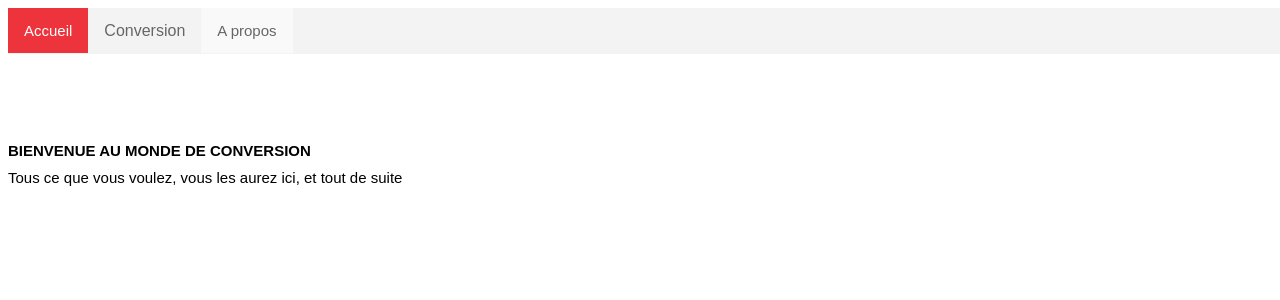
Repository: Santatrasoa/six
Page: Conversion/Conversion/src/main/webapp/index.html
These files come from the project's save history. The page is drawn as it stood at one moment and after the next save; the edit follows.
The browser window is 1280 px wide. The pictures show the whole page.

Above is the page before, as saved 2024-04-10 10:03:18.

### Conversion/Conversion/src/main/webapp/index.html
<!DOCTYPE html>
<html lang="en">

<head>
	<meta charset="UTF-8">
	<meta http-equiv="X-UA-Compatible" content="IE=edge">
	<meta name="viewport" content="width=device-width, initial-scale=1.0">
	<title>Acceuil</title>
	<link rel="stylesheet" href="style.css" type="text/css">
</head>

<body>
	<ul>
		<li><a class="active" href="index.html">Accueil</a></li>
		<li class="notHidden">
			<div class="dropdown">
				<button class="dropbtn">Conversion</button>
				<div class="dropdown-content">
					<a style="text-align: left;" href="temperature.jsp">temperature</a>
					<a style="text-align: left;" href="poid.jsp">Poid</a>
					<a style="text-align: left;" href="longueur.jsp">longueur</a>
				</div>
			</div>
		</li>
		<li><a href="detail.html">A propos</a></li>
	</ul>

	<br><br>

	<div style="margin-top: 100px" class="acceuil">
		<h1 >
			BIENVENUE AU MONDE DE CONVERSION
		</h1>
		<span> Tous ce que vous voulez, vous les aurez ici, et tout de suite </span>
	</div>
</body>

</html>

### Conversion/Conversion/src/main/webapp/style.css
* {
  padding: 0px;
  font-family: Arial, Helvetica, sans-serif;
  font-size: 15px;
}

body{
	flex-direction: column;
}

ul {
  margin: 50px;
  list-style-type: none;
  margin: 0px;
  padding: 0px;
  /* border: 1px solid #f3f3f3; */
  background-color: #f3f3f3;
  position: fixed;
  width: 100%;
}

li {
  float: left;
}

li a {
  display: block;
  color: #666;
  background-color: #f9f9f9;
  text-align: center;
  padding: 14px 16px;
  text-decoration: none;
}

li a:hover:not(.active) {
  background-color: #ddd;
}

li a.active {
  color: white;
  background-color: rgb(237, 51, 59);
}

.dropbtn {
  background-color: transparent;
  padding: 14px 16px;
  color: #666;
  font-size: 16px;
  border: none;
  cursor: pointer;
}

.dropdown {
  position: relative;
  display: inline-block;
}

.dropdown-content {
  display: none;
  position: absolute;
  background-color: #f9f9f9;
  min-width: 160px;
  box-shadow: 0px 8px 16px 0px rgba(0, 0, 0, 0.2);
  z-index: 1;
}

.dropdown-content a {
  color: black;
  padding: 12px 16px;
  text-decoration: none;
  display: block;
}


.dropdown-content a:hover {
  background-color: #f1f1f1
}

.dropdown:hover .dropdown-content {
  display: block;
}

.dropdown:hover .dropbtn {
  background-color: #ddd;
}

input[type=number] {
  width: 30%;
  padding: 12px 20px;
  margin: 8px 0;
  box-sizing: border-box;
  border: 3px solid #ccc;
  -webkit-transition: 0.5s;
  transition: 0.5s;
  outline: none;
}

input[type=submit]{
	float: left;
	width: 10%;
  	padding: 12px 20px;
 	margin: 8px 0;
  	box-sizing: border-box;
  	outline: none;
}

select {
  width: 30%;
  padding: 16px 20px;
  border: none;
  border-radius: 4px;
  background-color: #f1f1f1;
}

.acceuil {
	width:100vh;
	display: block;
	align-items: center;
	justify-content: center;
}

After the next save:
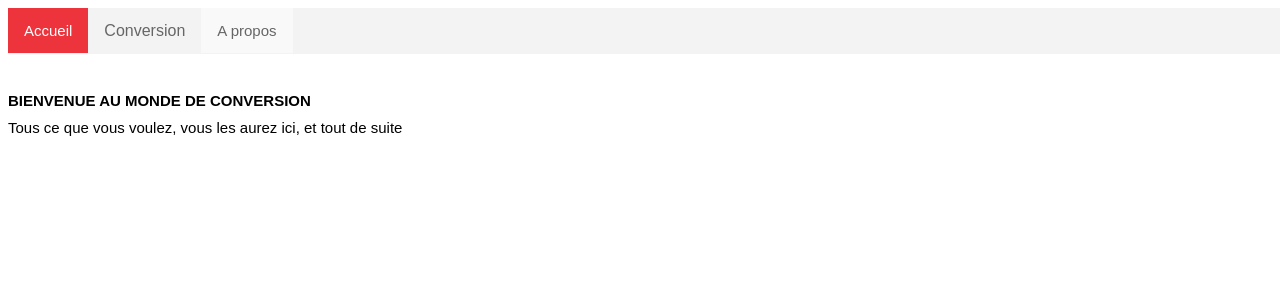
Saved 19 s later.
--- a/Conversion/Conversion/src/main/webapp/index.html
+++ b/Conversion/Conversion/src/main/webapp/index.html
@@ -27,7 +27,7 @@
 
 	<br><br>
 
-	<div style="margin-top: 100px" class="acceuil">
+	<div style="margin-top: 50px" class="acceuil">
 		<h1 >
 			BIENVENUE AU MONDE DE CONVERSION
 		</h1>
